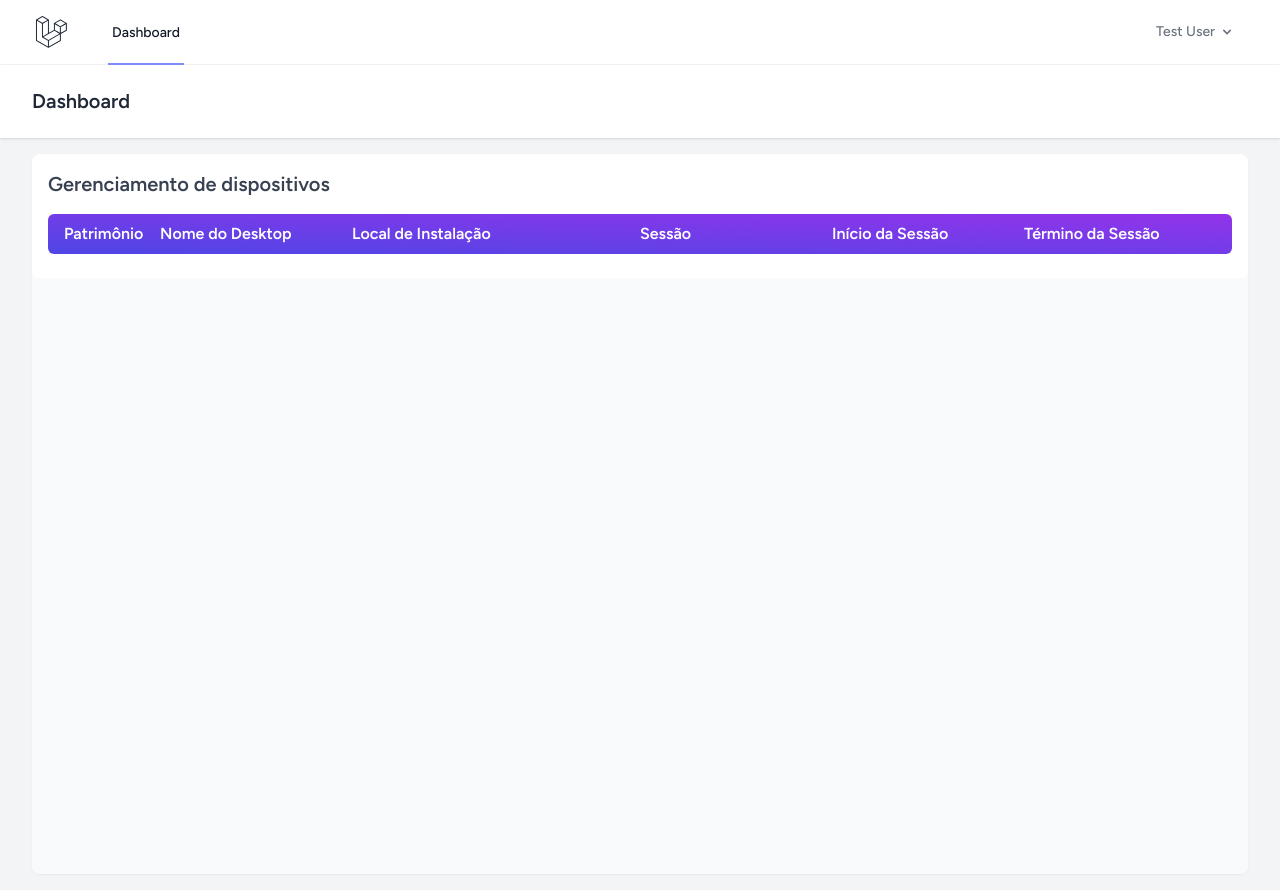
Repository: CrisMorgantee/device-logs
Page: http://localhost/dashboard
The author's editor kept a copy of each file at every save. The page is drawn from the files as they stood at one save, then again after the next save.
The browser window is 1280 px wide. The pictures show the whole page.
The page is served by the project's Laravel application, run on PHP 8.4 with Laravel 10. A made-up administrator, Test User (test@example.com), is signed in. Other server files are loaded and not shown. Style sheets and scripts are compiled from the project's sources, by tool versions that may differ from the author's. Queries for data that is not in the repository find no rows.

Above is the page before, as saved 2023-04-14 23:28:26.

### routes/web.php
<?php

use App\Http\Controllers\ProfileController;
use App\Http\Controllers\DeviceLogsController;
use Illuminate\Support\Facades\Route;

/*
|--------------------------------------------------------------------------
| Web Routes
|--------------------------------------------------------------------------
|
| Here is where you can register web routes for your application. These
| routes are loaded by the RouteServiceProvider and all of them will
| be assigned to the "web" middleware group. Make something great!
|
*/

Route::get('/', function () {
    return view('auth.login');
});

Route::get('/dashboard', [DeviceLogsController::class, 'index'])->middleware(['auth', 'verified'])->name('dashboard');

Route::middleware('auth')->group(function () {
    Route::get('/profile', [ProfileController::class, 'edit'])->name('profile.edit');
    Route::patch('/profile', [ProfileController::class, 'update'])->name('profile.update');
    Route::delete('/profile', [ProfileController::class, 'destroy'])->name('profile.destroy');
});

require __DIR__.'/auth.php';

### app/Http/Controllers/DeviceLogsController.php
<?php

namespace App\Http\Controllers;

use App\Models\DeviceLogs;
use Illuminate\Http\Request;

class DeviceLogsController extends Controller
{
    /**
     * Display a listing of the resource.
     */
    public function index()
    {
        $logs = DeviceLogs::all();

        return view('dashboard', ['logs' => $logs]);
    }

    /**
     * Show the form for creating a new resource.
     */
    public function create()
    {
        //
    }

    /**
     * Store a newly created resource in storage.
     */
    public function store(Request $request)
    {
        //
    }

    /**
     * Display the specified resource.
     */
    public function show(DeviceLogs $deviceLogs)
    {
        //
    }

    /**
     * Show the form for editing the specified resource.
     */
    public function edit(DeviceLogs $deviceLogs)
    {
        //
    }

    /**
     * Update the specified resource in storage.
     */
    public function update(Request $request, DeviceLogs $deviceLogs)
    {
        //
    }

    /**
     * Remove the specified resource from storage.
     */
    public function destroy(DeviceLogs $deviceLogs)
    {
        //
    }
}

### app/Models/DeviceLogs.php
<?php

namespace App\Models;

use Illuminate\Database\Eloquent\Factories\HasFactory;
use Illuminate\Database\Eloquent\Model;

class DeviceLogs extends Model
{
    use HasFactory;

    public $fillable = [
      'machine_name',
      'session',
      'patrimony',
      'location'
    ];

    protected $dates = [
      'start_session_at',
      'end_session_at'
    ];

    protected $casts = [
      'start_session_at'=> 'datetime:Y-m-d',
      'end_session_at'=> 'datetime:Y-m-d'
    ];

}

### resources/views/dashboard.blade.php
<x-app-layout>
  <x-slot name="header">
    <h2 class="text-xl font-semibold leading-tight text-gray-800">
      {{ __('Dashboard') }}
    </h2>
  </x-slot>

  <div class="py-4">
    <div class="mx-auto max-w-7xl sm:px-6 lg:px-8">
      <div class="overflow-hidden bg-white shadow-sm sm:rounded-lg">
        <div class="min-h-screen bg-gray-50">
          <div class="rounded-md bg-white p-4">
            <h2 class="mb-4 text-xl font-bold text-gray-700">Gerenciamento de dispositivos</h2>

            <div
              class="text-md mb-2 grid grid-cols-12 rounded-md bg-gradient-to-tr from-indigo-600 to-purple-600 py-2 px-4 font-bold text-white">
              <div class="col-span-1">
                <span>Patrimônio</span>
              </div>
              <div class="col-span-2">
                <span>Nome do Desktop</span>
              </div>
              <div class="col-span-3">
                <span>Local de Instalação</span>
              </div>
              <div class="col-span-2">
                <span>Sessão</span>
              </div>
              <div class="col-span-2">
                <span>Início da Sessão</span>
              </div>
              <div class="col-span-2">
                <span>Término da Sessão</span>
              </div>
            </div>
            <div>
              @foreach ($logs as $deviceLog)
                <div class="grid grid-cols-12 gap-4 border-t px-4 py-4 text-sm font-normal first:border-none">
                  <div class="col-span-1">
                    <span>{{ $deviceLog->patrimony }}</span>
                  </div>
                  <div class="col-span-2">
                    <span>{{ $deviceLog->machine_name }}</span>
                  </div>
                  <div class="col-span-3 truncate">
                    <span>{{ $deviceLog->location }}</span>
                  </div>
                  <div class="col-span-2 truncate">
                    <span>{{ $deviceLog->session }}</span>
                  </div>

                  <div class="col-span-2">
                    <span>{{ $deviceLog->start_session_at->format('d/m/Y') }}</span>
                  </div>
                  <div class="col-span-2">
                    <span>{{ $deviceLog->end_session_at->format('d/m/Y') }}</span>
                  </div>
                </div>
              @endforeach
            </div>
          </div>
        </div>
      </div>
    </div>

</x-app-layout>

Loaded but not shown: app/Providers/AppServiceProvider.php (common file); routes/auth.php (common file); app/Http/Controllers/Auth/EmailVerificationPromptController.php (common file); app/Http/Controllers/Controller.php (common file); app/Http/Controllers/Auth/VerifyEmailController.php (common file); app/Models/User.php (common file); app/View/Components/AppLayout.php (common file); resources/views/layouts/app.blade.php (common file); resources/views/layouts/navigation.blade.php (common file); resources/views/components/application-logo.blade.php (common file); resources/views/components/nav-link.blade.php (common file); resources/views/components/dropdown-link.blade.php (common file); resources/views/components/dropdown.blade.php (common file); resources/views/components/responsive-nav-link.blade.php (common file); resources/css/app.css (common file); tailwind.config.js (common file); resources/js/app.js (common file); resources/js/bootstrap.js (common file)

After the next save:
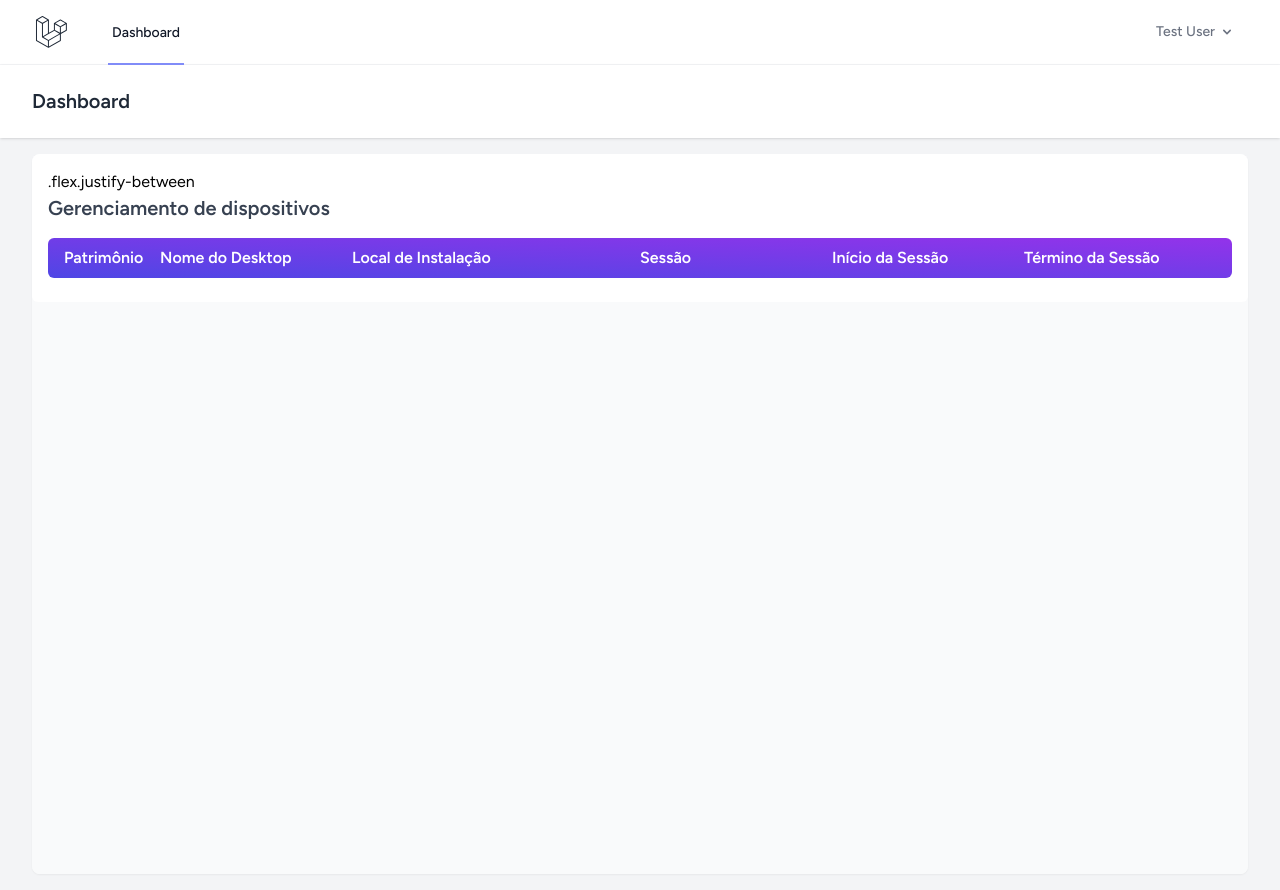
Saved 2 min 33 s later.
--- a/resources/views/dashboard.blade.php
+++ b/resources/views/dashboard.blade.php
@@ -10,6 +10,7 @@
       <div class="overflow-hidden bg-white shadow-sm sm:rounded-lg">
         <div class="min-h-screen bg-gray-50">
           <div class="rounded-md bg-white p-4">
+            .flex.justify-between
             <h2 class="mb-4 text-xl font-bold text-gray-700">Gerenciamento de dispositivos</h2>
 
             <div

After the save that followed:
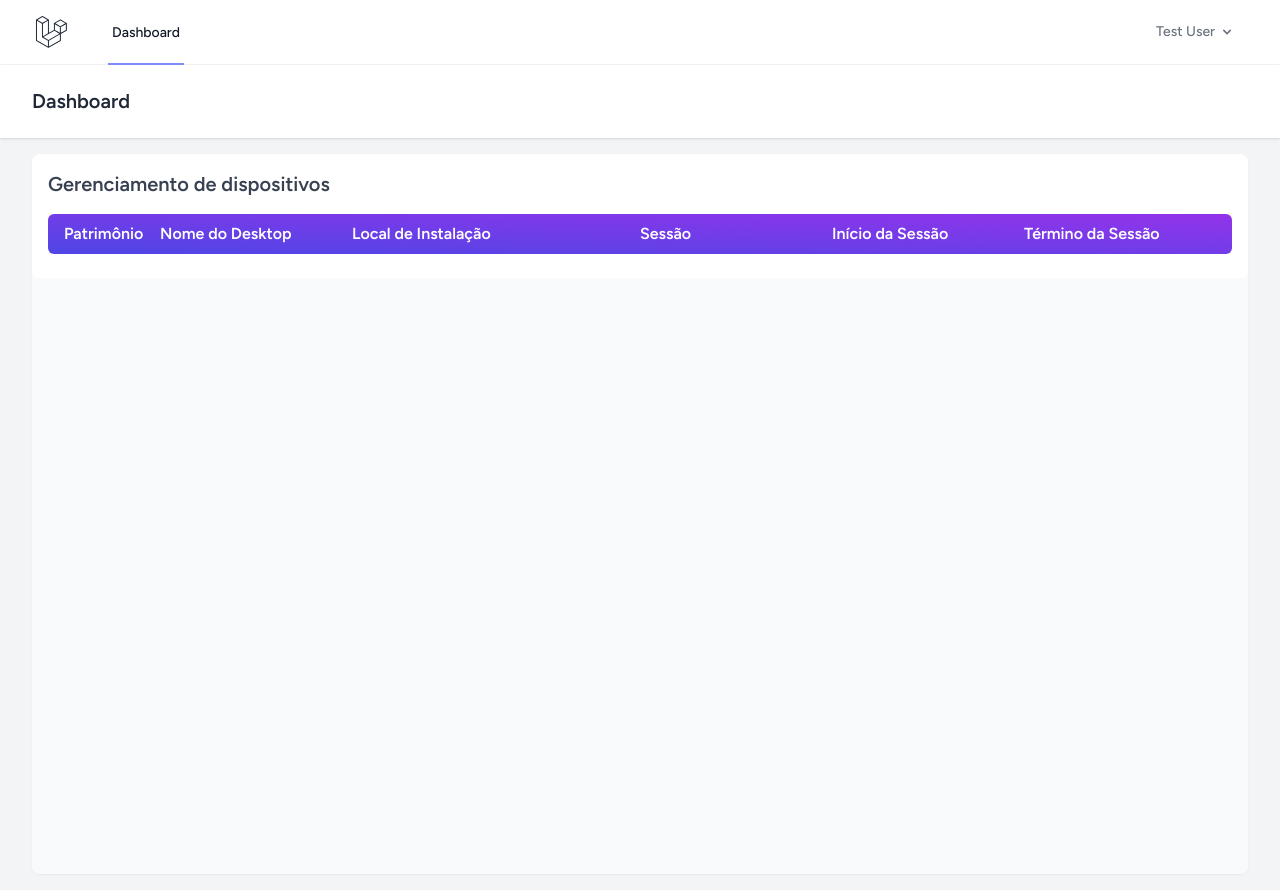
Saved 2 min 23 s later.
--- a/resources/views/dashboard.blade.php
+++ b/resources/views/dashboard.blade.php
@@ -10,8 +10,10 @@
       <div class="overflow-hidden bg-white shadow-sm sm:rounded-lg">
         <div class="min-h-screen bg-gray-50">
           <div class="rounded-md bg-white p-4">
-            .flex.justify-between
-            <h2 class="mb-4 text-xl font-bold text-gray-700">Gerenciamento de dispositivos</h2>
+            <div class="flex justify-between">
+
+              <h2 class="mb-4 text-xl font-bold text-gray-700">Gerenciamento de dispositivos</h2>
+            </div>
 
             <div
               class="text-md mb-2 grid grid-cols-12 rounded-md bg-gradient-to-tr from-indigo-600 to-purple-600 py-2 px-4 font-bold text-white">
